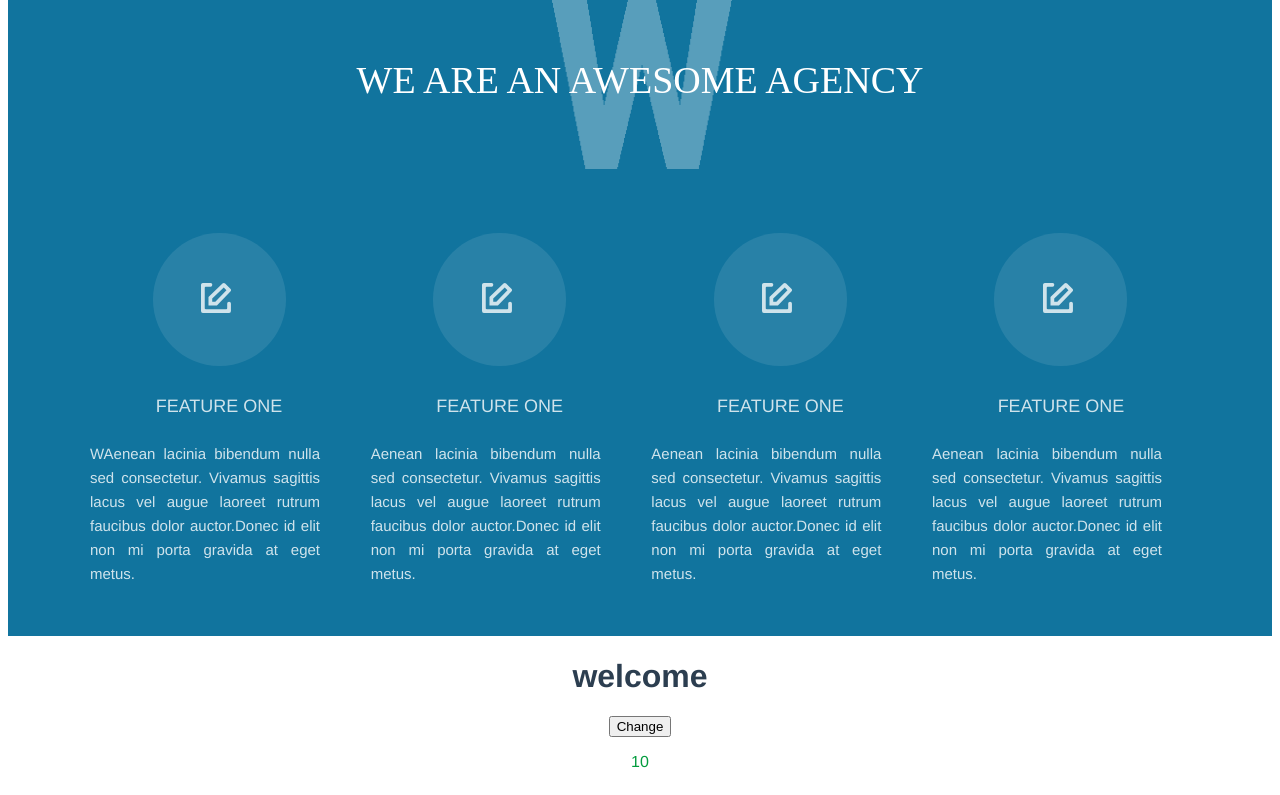
Repository: joker506/Creatives
Page: /
The author's editor kept a copy of each file at every save. The page is drawn from the files as they stood at one save, then again after a run of saves.
The browser window is 1280 px wide. The pictures show the part of the page from y = 941 to 1893 px (the page is 1736 px tall before and 1893 px after).
The project was rebuilt for these pictures with package versions that can differ from the ones it lists, and the page was loaded fresh each time.

Above is the page before, as saved 2020-04-01 21:03:32.

After the next 3 saves:
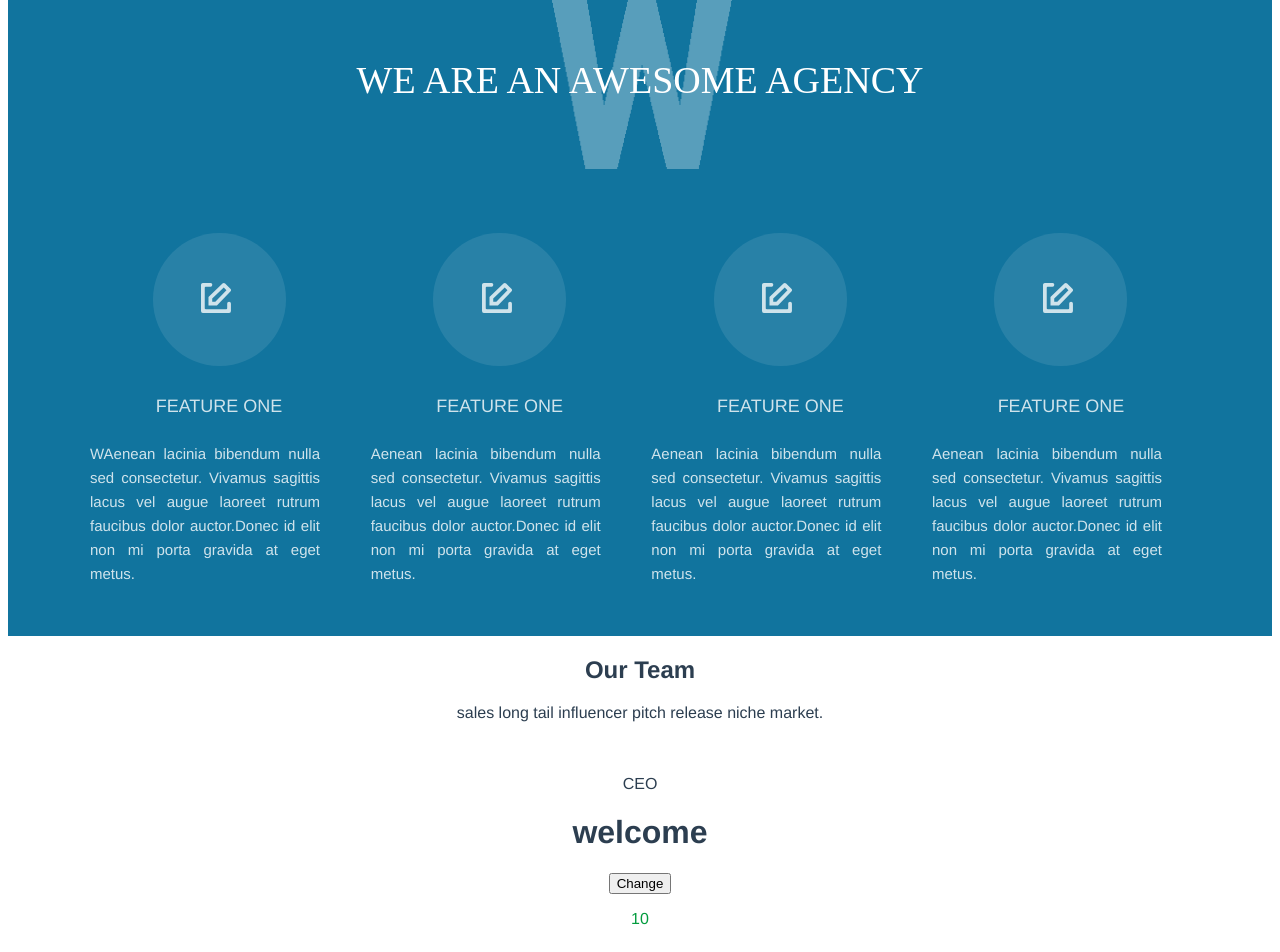
The 3 saves are shown as one change because 2 did not build or start.
The last was saved 2 min 5 s later.
--- a/src/App.vue
+++ b/src/App.vue
@@ -2,6 +2,7 @@
   <div id="app">
 <HeaderApp  />
 <AdvantagesApp />
+<TeamApp />
 
     <HelloWorld
     @clicks="clickUp($event)"
@@ -14,6 +15,7 @@
 import HelloWorld from './components/HelloWorld.vue'
 import HeaderApp from './components/HeaderApp.vue'
 import AdvantagesApp from './components/AdvantagesApp.vue'
+import TeamApp from './components/TeamApp.vue'
 
 export default {
   name: 'App',
@@ -26,7 +28,8 @@ export default {
   components: {
     HelloWorld,
     AdvantagesApp,
-    HeaderApp
+    HeaderApp,
+    TeamApp
   },
   methods:{
     clickUp(event){
--- a/src/components/TeamApp.vue
+++ b/src/components/TeamApp.vue
@@ -13,6 +13,7 @@
     <h3 JOHN SNOW></h3>
     <span>CEO</span>
 </div>
+    </div>
 
     </section>
 </template>
